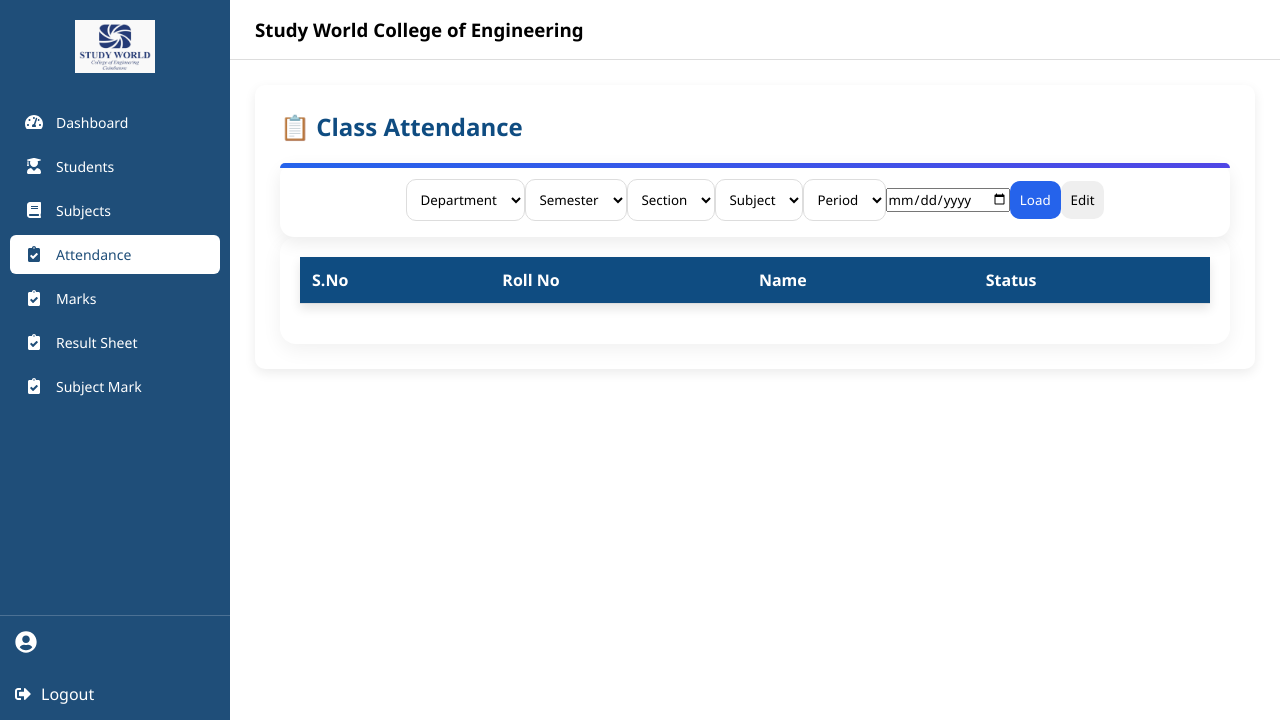
Repository: arthanarieswara/frontend
Page: /attendance
These files come from the project's save history. The page is drawn as it stood at one moment and after the next save; the edit follows.
The browser window is 1280 px wide. The pictures show the whole page.
The page's requests for data from a server got no answer. The project was rebuilt for these pictures with package versions that can differ from the ones it lists, and the page was loaded fresh each time. No one was signed in, and anything a server would have sent is missing. Also part of the build but not shown: vite.config.js, src/pages/auth/Login.jsx, src/pages/dashboard/Dashboard.jsx, src/pages/departments/Departments.jsx, src/pages/students/Students.css, src/pages/students/Students.jsx, src/pages/faculty/Faculty.css, src/pages/faculty/Faculty.jsx and 10 more.

Above is the page before, as saved 2026-04-17 14:30:15.

### index.html
<!doctype html>
<html lang="en">
  <head>
    <meta charset="UTF-8" />
    <link rel="icon" type="image/svg+xml" href="/college-logo.png" />
    <meta name="viewport" content="width=device-width, initial-scale=1.0" />
    <title>SWMS</title>
  </head>
  <body>
    <div id="root"></div>
    <script type="module" src="/src/main.jsx"></script>
  </body>
</html>

### src/App.jsx
import AppRoutes from "./routes/AppRoutes";

function App() {
  return <AppRoutes />;
}

export default App;

### src/routes/AppRoutes.jsx
import { BrowserRouter, Routes, Route } from "react-router-dom";

import Login from "../pages/auth/Login";
import Dashboard from "../pages/dashboard/Dashboard";
import Departments from "../pages/departments/Departments";
import Students from "../pages/students/Students";
import Faculty from "../pages/faculty/Faculty";
import Subjects from "../pages/Subjects/Subjects";
import Attendance from "../pages/Attendance/Attendance";
import Users from "../pages/users/Users";
import UserMapping from "../pages/UserMapping/UserMapping"; // ✅ NEW
import FacultyAttendance from "../pages/faculty/FacultyAttendance";
import Marks from "../pages/marks/Marks";
import ResultSheet from "../pages/marks/ResultSheet";
import SubjectMarks from "../pages/marks/SubjectMarks";
function AppRoutes() {
  return (
    <BrowserRouter>
      <Routes>
        <Route path="/" element={<Login />} />
        <Route path="/dashboard" element={<Dashboard />} />
        <Route path="/departments" element={<Departments />} />
        <Route path="/students" element={<Students />} />
        <Route path="/faculty" element={<Faculty />} />
        <Route path="/subjects" element={<Subjects />} />
        <Route path="/attendance" element={<Attendance />} />
        <Route path="/users" element={<Users />} />
        <Route path="/faculty-attendance" element={<FacultyAttendance />} />

        {/* ✅ NEW ROUTE */}
        <Route path="/mapping" element={<UserMapping />} />
        <Route path="/marks" element={<Marks />} />
        <Route path="/result-sheet" element={<ResultSheet />} />
        <Route path="/subject-marks" element={<SubjectMarks />} />
      </Routes>
    </BrowserRouter>
  );
}

export default AppRoutes;

### src/pages/auth/Login.css
*{
  margin:0;
  padding:0;
  box-sizing:border-box;
  font-family:"Segoe UI",sans-serif;
}

/* ANIMATED BACKGROUND */

.login-wrapper{
  height:100vh;
  display:flex;
  justify-content:center;
  align-items:center;
  background:linear-gradient(270deg,#0f4c81,#3a8bfd,#1a6ed8);
  background-size:600% 600%;
  animation:gradientBG 10s ease infinite;
}

@keyframes gradientBG{
  0%{background-position:0% 50%}
  50%{background-position:100% 50%}
  100%{background-position:0% 50%}
}

/* LOGIN CARD */

.login-card{
  width:420px;
  padding:40px;
  border-radius:12px;
  background:rgba(255,255,255,0.15);
  backdrop-filter:blur(15px);
  box-shadow:0 15px 40px rgba(0,0,0,0.3);
  text-align:center;
  color:white;
}

/* COLLEGE HEADER */

.college-logo{
  width:70px;
  margin-bottom:10px;
}

.college-header h1{
  font-size:20px;
  margin-bottom:5px;
}

.college-header p{
 font-size:13px;
  opacity:0.9;
}

.college-header span{
  font-size:12px;
  opacity:0.8;
}

.college-header{
  margin-bottom:30px;
}

/* INPUT GROUP */

.input-group{

  position:relative;
  margin-bottom:20px;
}

.input-group input{
  width:100%;
  padding:12px;
  border:none;
  border-radius:6px;
  outline:none;
  font-size:14px;
}

/* FLOATING LABEL */

.input-group label{
  position:absolute;
  left:12px;
  top:50%;
  transform:translateY(-50%);
  color:#000000;
  font-size:14px;
  pointer-events:none;
  transition:0.3s;
}

.input-group input:focus + label,
.input-group input:not(:placeholder-shown) + label{
  top:-8px;
  /* background:white; */
  padding:0 5px;
  font-size:15px;
  color:white;
}

/* PASSWORD ICON */

.password-group{
 position:relative;
}

.eye-icon{
  position:absolute;
  right:10px;
  top:50%;
  transform:translateY(-50%);
  cursor:pointer;
  color:#444;
}

/* BUTTON */

.login-btn{
  width:100%;
  padding:12px;
  border:none;
  border-radius:6px;
  background:white;
  color:#0f4c81;
  font-size:16px;
  font-weight:bold;
  cursor:pointer;
  transition:all 0.3s;
}

.login-btn:hover{
  transform:translateY(-2px);
  box-shadow:0 5px 15px rgba(0,0,0,0.3);
}

### src/components/Layout.jsx
import { useState } from "react";
import Sidebar from "./Sidebar";
import Navbar from "./Navbar";

function Layout({ children }) {

  const [collapsed,setCollapsed] = useState(false);

  return (

    <div style={{display:"flex"}}>

      <Sidebar collapsed={collapsed} />

      <div style={{flex:1}}>

        <Navbar toggleSidebar={()=>setCollapsed(!collapsed)} />

        <div style={{padding:"25px"}}>
          {children}
        </div>

      </div>

    </div>

  );

}

export default Layout;

### src/pages/departments/Departments.css
.departments h2 {
    margin-bottom: 20px;
}

.add-section {
    display: flex;
    gap: 10px;
    margin-bottom: 20px;
}

.add-section input {
    padding: 10px;
    border: 1px solid #ccc;
    border-radius: 5px;
}

.add-section button {
    background: #0f4c81;
    color: white;
    border: none;
    padding: 10px 15px;
    border-radius: 5px;
    cursor: pointer;
}

table {
    width: 100%;
    border-collapse: collapse;
    background: white;
    box-shadow: 0 5px 10px rgba(0, 0, 0, 0.1);
}

th,
td {
    padding: 12px;
    border-bottom: 1px solid #ddd;
    text-align: left;
}

.delete-btn {
    background: red;
    color: white;
    border: none;
    padding: 6px 10px;
    border-radius: 4px;
    cursor: pointer;
}

.edit-btn {
    background: #0f4c81;
    color: white;
    border: none;
    padding: 6px 10px;
    border-radius: 4px;
    cursor: pointer;
    margin: 10px;
}

### src/pages/Attendance/Attendance.css
.attendance-page {
  background: white;
  padding: 25px;
  border-radius: 10px;
  box-shadow: 0 4px 12px rgba(0, 0, 0, 0.08);
}

.attendance-page h2 {
  margin-bottom: 20px;
  color: #0f4c81;
}

.attendance-filters {
  display: flex;
  gap: 15px;
  margin-bottom: 25px;
  flex-wrap: wrap;
}

.attendance-filters select,
.attendance-filters input {
  padding: 10px;
  border: 1px solid #ccc;
  border-radius: 6px;
  min-width: 160px;
}

.attendance-filters button {
  background: #0f4c81;
  color: white;
  border: none;
  padding: 10px 18px;
  border-radius: 6px;
  cursor: pointer;
}

.attendance-table {
  width: 100%;
  border-collapse: collapse;
  margin-bottom: 20px;
}

.attendance-table th {
  background: #0f4c81;
  color: white;
  padding: 12px;
  text-align: left;
}

.attendance-table td {
  padding: 12px;
  border-bottom: 1px solid #eee;
}

.present {
  background: #28a745;
  color: white;
  border: none;
  padding: 6px 12px;
  border-radius: 5px;
  cursor: pointer;
}

.absent {
  background: #dc3545;
  color: white;
  border: none;
  padding: 6px 12px;
  border-radius: 5px;
  cursor: pointer;
}

.save-btn {
  background: #0f4c81;
  color: white;
  border: none;
  padding: 12px 20px;
  border-radius: 6px;
  cursor: pointer;
}

### src/pages/faculty/FacultyAttendance.css
.faculty-attendance {
  padding: 25px;
}

/* HEADER */
.header {
  display: flex;
  justify-content: space-between;
  align-items: center;
  margin-bottom: 20px;
}

.actions {
  display: flex;
  gap: 10px;
}

.actions input {
  padding: 8px;
  border-radius: 6px;
  border: 1px solid #ccc;
}

.actions button {
  background: #1e5eff;
  color: white;
  border: none;
  padding: 8px 14px;
  border-radius: 6px;
  cursor: pointer;
}

.actions button:hover {
  background: #1748c7;
}

.secondary-btn {
  background: #28a745;
}

.secondary-btn:hover {
  background: #1e7e34;
}

/* TABLE */
.table-container {
  background: white;
  border-radius: 10px;
  box-shadow: 0 2px 10px rgba(0,0,0,0.08);
  overflow: hidden;
}

table {
  width: 100%;
  border-collapse: collapse;
}

thead {
  background: #1e5eff;
  color: white;
}

th, td {
  padding: 12px;
}

tbody tr:nth-child(even) {
  background: #f5f7fb;
}

tbody tr:hover {
  background: #eef2ff;
}

/* STATUS COLORS */
.status-dropdown.Present {
  background: #d4edda;
}

.status-dropdown.Absent {
  background: #f8d7da;
}

/* TIME INPUTS */
.time-inputs {
  display: flex;
  gap: 10px;
}

/* REPORT */
.report-section {
  margin-top: 30px;
}

.cards {
  display: flex;
  gap: 15px;
  flex-wrap: wrap;
}

.card {
  background: white;
  padding: 15px;
  border-radius: 8px;
  box-shadow: 0 2px 8px rgba(0,0,0,0.1);
  min-width: 120px;
  text-align: center;
}

.card.total {
  background: #1e5eff;
  color: white;
}

### src/pages/marks/Marks.css
.marks-container {
  padding: 25px;
  background: #f5f7fb;
}

.page-title {
  margin-bottom: 20px;
}

/* FILTER CARD */
.filter-card {
  display: flex;
  gap: 12px;
  flex-wrap: wrap;
  background: white;
  padding: 18px;
  border-radius: 14px;
  box-shadow: 0 4px 18px rgba(0,0,0,0.06);
  margin-bottom: 20px;
}

.filter-card select,
.filter-card input {
  padding: 10px;
  border-radius: 8px;
  border: 1px solid #ddd;
  background: #f9fafb;
}

.filter-card select:focus,
.filter-card input:focus {
  border-color: #2563eb;
  outline: none;
  background: white;
}

/* BUTTON */
.primary-btn {
  background: linear-gradient(135deg, #2563eb, #4f46e5);
  color: white;
  padding: 10px 16px;
  border-radius: 10px;
  border: none;
  cursor: pointer;
}

.primary-btn:hover {
  transform: scale(1.05);
}

/* TABLE CARD */
.table-card {
  background: white;
  padding: 20px;
  border-radius: 16px;
  box-shadow: 0 6px 20px rgba(0,0,0,0.06);
}

/* TABLE */
.marks-table {
  width: 100%;
  border-collapse: collapse;
}

.marks-table th {
  background: #2563eb;
  color: white;
  padding: 10px;
}

.marks-table td {
  padding: 10px;
  border-bottom: 1px solid #eee;
}

/* INPUT */
.mark-input {
  width: 80px;
  padding: 6px;
  border-radius: 6px;
  border: 1px solid #ccc;
}

/* SAVE BUTTON */
.save-btn {
  margin-top: 15px;
  background: #16a34a;
  color: white;
  padding: 10px 18px;
  border-radius: 10px;
  border: none;
  cursor: pointer;
}

.save-btn:hover {
  background: #15803d;
}

### src/pages/marks/SubjectMarks.css
/* ================= PAGE ================= */
.subject-page {
  padding: 25px;
  background: #f4f6fb;
  font-family: "Inter", sans-serif;
}

/* ================= FILTERS ================= */
.filters.modern {
  display: grid;
  grid-template-columns: repeat(auto-fit, minmax(160px, 1fr));
  gap: 12px;
  margin-bottom: 20px;
}

.filters select {
  padding: 10px;
  border-radius: 10px;
  border: 1px solid #ddd;
  background: white;
}

.filters button {
  padding: 10px;
  border-radius: 10px;
  border: none;
  cursor: pointer;
}

.filters button:first-of-type {
  background: #2563eb;
  color: white;
}

.export-btn {
  background: #16a34a;
  color: white;
}

/* ================= ANALYSIS ================= */
.analysis-grid {
  display: grid;
  grid-template-columns: repeat(auto-fit, minmax(140px, 1fr));
  gap: 15px;
  margin-bottom: 20px;
}

/* ================= ANALYSIS CARDS FIX ================= */
.card {
  padding: 16px;
  border-radius: 14px;
  font-weight: 700;
  text-align: center;
  box-shadow: 0 6px 18px rgba(0, 0, 0, 0.08);
  transition: 0.3s;
  font-size: 14px;
}

/* FIXED COLORS WITH PROPER CONTRAST */
.card.total {
  background: #334155;
  color: #ffffff;
}

.card.present {
  background: #22c55e;
  color: #ffffff;
}

.card.absent {
  background: #f97316;
  color: #8b1a1a;
}

.card.pass {
  background: #dcfce7; /* light green */
  color: #166534; /* DARK GREEN TEXT ✅ */
  border: 2px solid #22c55e;
}

.card.fail {
  background: #fee2e2; /* light red */
  color: #991b1b; /* DARK RED TEXT ✅ */
  border: 2px solid #ef4444;
}

.card.avg {
  background: #7c3aed;
  color: #ffffff;
}

.card.high {
  background: #0ea5e9;
  color: #ffffff;
}

.card.low {
  background: #f59e0b;
  color: #ffffff;
}
.card.low {
  background: #f59e0b;
}

/* ================= TABLE ================= */
.table-wrapper {
  background: white;
  padding: 15px;
  border-radius: 12px;
  box-shadow: 0 6px 18px rgba(0, 0, 0, 0.05);
}

.marks-table {
  width: 100%;
  border-collapse: collapse;
}

.marks-table th {
  background: #1e293b;
  color: white;
  padding: 10px;
  border: 1px solid #ddd;
}

.marks-table td {
  padding: 10px;
  border: 1px solid #ddd;
}

.marks-table tr:nth-child(even) {
  background: #f8fafc;
}

/* ================= MARK COLORS ================= */
.mark-input {
  width: 70px;
  padding: 6px;
  border-radius: 6px;
  text-align: center;
  font-weight: 700;
  border: 1px solid #ccc;
}

/* PASS */
.mark-input.pass {
  background: #ecfdf5 !important;
  color: #15803d !important;
}

/* FAIL */
.mark-input.fail {
  background: #fef2f2 !important;
  color: #b91c1c !important;
}

/* ABSENT */
.mark-input.absent {
  background: #fff7ed !important;
  color: #c2410c !important;
}

/* ================= BUTTON ================= */
.save-btn {
  margin-top: 15px;
  padding: 12px 18px;
  border-radius: 10px;
  background: #2563eb;
  color: white;
  border: none;
}

### src/components/Sidebar.jsx
import { NavLink, useNavigate } from "react-router-dom";
import {
  FaTachometerAlt,
  FaUniversity,
  FaUserGraduate,
  FaChalkboardTeacher,
  FaBook,
  FaClipboardCheck,
  FaSignOutAlt,
  FaUserCircle,
  FaUsers,
  FaProjectDiagram,
} from "react-icons/fa";

import "./Sidebar.css";

function Sidebar({ collapsed }) {
  const navigate = useNavigate();

  const user = JSON.parse(localStorage.getItem("user"));
  const role = user?.role;

  const handleLogout = () => {
    localStorage.removeItem("token");
    localStorage.removeItem("user");
    navigate("/");
  };

  return (
    <div className="main-content">
      <div className={`sidebar ${collapsed ? "collapsed" : ""}`}>
        <div className="sidebar-header">
          <img src="/college-logo.png" className="sidebar-logo" />
        </div>

        <nav className="menu">
          {/* COMMON (ADMIN + FACULTY) */}
          <NavLink to="/dashboard" className="menu-item">
            <FaTachometerAlt />
            <span>Dashboard</span>
          </NavLink>

          <NavLink to="/students" className="menu-item">
            <FaUserGraduate />
            <span>Students</span>
          </NavLink>

          <NavLink to="/subjects" className="menu-item">
            <FaBook />
            <span>Subjects</span>
          </NavLink>

          <NavLink to="/attendance" className="menu-item">
            <FaClipboardCheck />
            <span>Attendance</span>
          </NavLink>

          <NavLink to="/marks" className="menu-item">
            <FaClipboardCheck />
            <span>Marks</span>
          </NavLink>

          <NavLink to="/result-sheet" className="menu-item">
            <FaClipboardCheck />
            <span>Result Sheet</span>
          </NavLink>

          <NavLink to="/subject-marks" className="menu-item">
            <FaClipboardCheck />
            <span>Subject Mark</span>
          </NavLink>

          {/* ADMIN ONLY */}
          {role === "Admin" && (
            <>
              <NavLink to="/departments" className="menu-item">
                <FaUniversity />
                <span>Departments</span>
              </NavLink>

              <NavLink to="/faculty" className="menu-item">
                <FaChalkboardTeacher />
                <span>Faculty</span>
              </NavLink>

              <NavLink to="/users" className="menu-item">
                <FaUsers />
                <span>Users</span>
              </NavLink>

              <NavLink to="/mapping" className="menu-item">
                <FaProjectDiagram />
                <span>Mapping</span>
              </NavLink>

              <NavLink to="/faculty-attendance" className="menu-item">
                <FaClipboardCheck />
                <span>Faculty Attendance</span>
              </NavLink>
            </>
          )}
        </nav>

        {/* PROFILE + LOGOUT */}

        <div className="bottom-section">
          <div className="profile">
            <FaUserCircle className="profile-icon" />
            <span>{role}</span>
          </div>

          <div className="logout" onClick={handleLogout}>
            <FaSignOutAlt />
            <span>Logout</span>
          </div>
        </div>
      </div>
    </div>
  );
}

export default Sidebar;

### src/components/Navbar.jsx
import { FaBars } from "react-icons/fa";
import "./Navbar.css";

function Navbar({ toggleSidebar }) {

    return (

        <div className="navbar">

            {/* <FaBars className="toggle-btn" onClick={toggleSidebar} /> */}

            <h3>Study World College of Engineering</h3>

        </div>

    )

}

export default Navbar;

### src/components/Sidebar.css
.sidebar {
  width: 230px;
  height: 100vh;
  background: #1f4e79;
  color: white;
  display: flex;
  flex-direction: column;
  justify-content: space-between;
  position: fixed;
  left: 0;
  top: 0;
}

/* HEADER */

.sidebar-header {
  display: flex;
  justify-content: center;
  align-items: center;
  padding: 20px 10px;
}

.sidebar-logo {
  width: 80px;
  object-fit: contain;
}

/* MENU */

.menu {
  display: flex;
  flex-direction: column;
  gap: 5px;
  padding: 10px;
}

/* MENU ITEM */

.menu-item {
  display: flex;
  align-items: center;
  gap: 12px;
  padding: 10px 14px;
  color: white;
  text-decoration: none;
  border-radius: 6px;
  transition: 0.3s;
  font-size: 14px;
}

.menu-item svg {
  font-size: 16px;
  min-width: 20px;
}

.menu-item:hover {
  background: rgba(255, 255, 255, 0.15);
}

.menu-item.active {
  background: white;
  color: #1f4e79;
}

/* PUSH BOTTOM SECTION DOWN */

.bottom-section {
  margin-top: auto;
}

/* PROFILE */

.profile {
  display: flex;
  align-items: center;
  gap: 10px;
  padding: 15px;
  border-top: 1px solid rgba(255, 255, 255, 0.2);
}

.profile-icon {
  font-size: 22px;
}

/* LOGOUT */

.logout {
  display: flex;
  align-items: center;
  gap: 10px;
  padding: 15px;
  cursor: pointer;
  transition: 0.3s;
}

.logout:hover {
  background: rgba(255, 0, 0, 0.2);
}

.main-content {
  margin-left: 190px; /* SAME AS SIDEBAR WIDTH */
  padding: 20px;
}

### src/components/Navbar.css
.navbar{
  height:60px;
  background:white;
  border-bottom:1px solid #ddd;
  display:flex;
  align-items:center;
  padding:0 25px;
}

Loaded but not shown: src/main.jsx (common file); src/api/api.js (19 lines, source omitted); src/pages/Attendance/Attendance.jsx (261 lines, source omitted); src/pages/marks/ResultSheet.css (313 lines, source omitted); src/pages/dashboard/Dashboard.css (261 lines, source omitted)

After the next save:
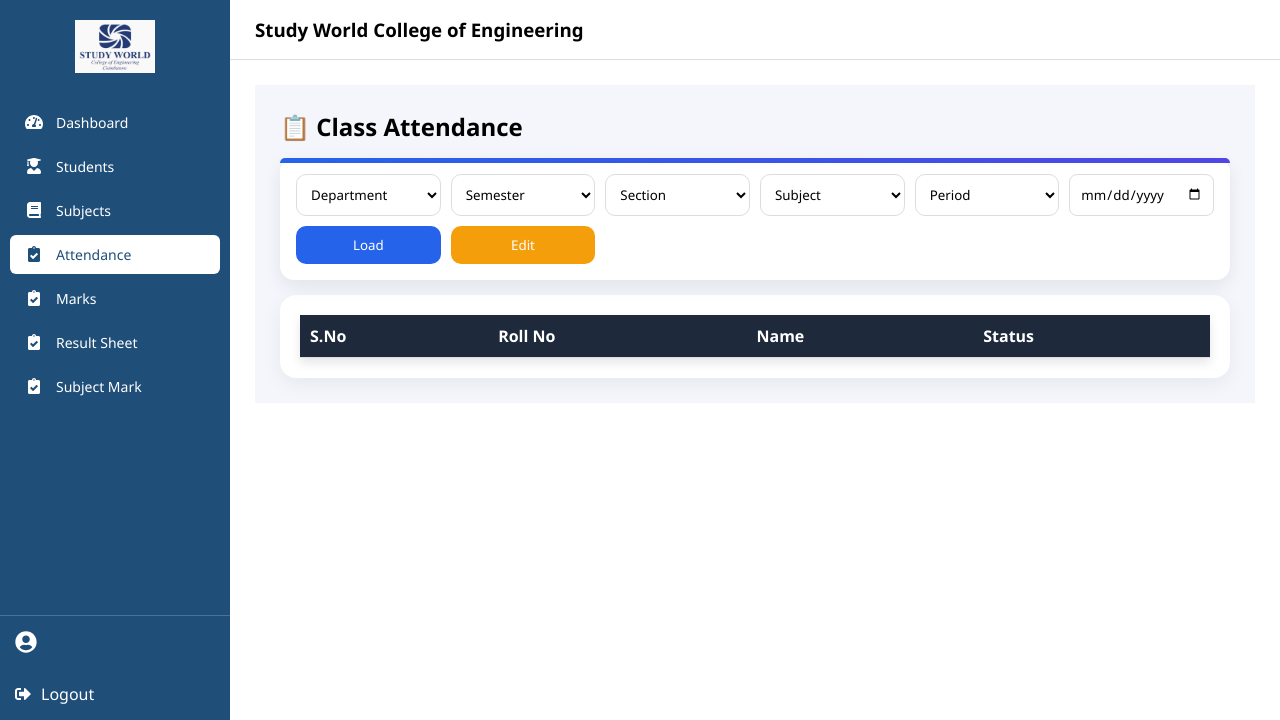
Saved 10 s later.
--- a/src/pages/Attendance/Attendance.css
+++ b/src/pages/Attendance/Attendance.css
@@ -1,80 +1,98 @@
 .attendance-page {
-  background: white;
   padding: 25px;
-  border-radius: 10px;
-  box-shadow: 0 4px 12px rgba(0, 0, 0, 0.08);
+  background: #f4f6fb;
 }
 
-.attendance-page h2 {
-  margin-bottom: 20px;
-  color: #0f4c81;
+.title {
+  font-weight: 600;
+  margin-bottom: 15px;
 }
 
-.attendance-filters {
-  display: flex;
-  gap: 15px;
-  margin-bottom: 25px;
-  flex-wrap: wrap;
+/* CARD */
+.card {
+  background: white;
+  padding: 15px;
+  border-radius: 14px;
+  box-shadow: 0 5px 15px rgba(0,0,0,0.05);
 }
 
-.attendance-filters select,
-.attendance-filters input {
-  padding: 10px;
-  border: 1px solid #ccc;
-  border-radius: 6px;
-  min-width: 160px;
+/* FILTER GRID */
+.filters {
+  display: grid;
+  grid-template-columns: repeat(auto-fit, minmax(140px, 1fr));
+  gap: 10px;
+  margin-bottom: 15px;
 }
 
-.attendance-filters button {
-  background: #0f4c81;
+.filters select,
+.filters input {
+  padding: 10px;
+  border-radius: 8px;
+  border: 1px solid #ddd;
+}
+
+/* BUTTONS */
+.btn {
+  padding: 10px;
+  border-radius: 8px;
+  border: none;
+  cursor: pointer;
+  font-weight: 500;
+}
+
+.primary { background: #2563eb; color: white; }
+.warning { background: #f59e0b; color: white; }
+.success { background: #22c55e; color: white; }
+.danger { background: #ef4444; color: white; }
+.save {
+  margin-top: 15px;
+  width: 100%;
+  background: linear-gradient(135deg, #2563eb, #1d4ed8);
   color: white;
-  border: none;
-  padding: 10px 18px;
-  border-radius: 6px;
-  cursor: pointer;
+}
+
+/* TABLE */
+.table-card {
+  background: white;
+  padding: 15px;
+  border-radius: 14px;
 }
 
 .attendance-table {
   width: 100%;
   border-collapse: collapse;
-  margin-bottom: 20px;
 }
 
 .attendance-table th {
-  background: #0f4c81;
+  background: #1e293b;
   color: white;
-  padding: 12px;
-  text-align: left;
+  padding: 10px;
 }
 
 .attendance-table td {
-  padding: 12px;
-  border-bottom: 1px solid #eee;
+  padding: 10px;
+  border: 1px solid #eee;
+}
+
+/* STATUS */
+.status {
+  padding: 6px 12px;
+  border-radius: 8px;
 }
 
 .present {
-  background: #28a745;
-  color: white;
-  border: none;
-  padding: 6px 12px;
-  border-radius: 5px;
-  cursor: pointer;
+  background: #dcfce7;
+  color: #16a34a;
 }
 
 .absent {
-  background: #dc3545;
-  color: white;
-  border: none;
-  padding: 6px 12px;
-  border-radius: 5px;
-  cursor: pointer;
+  background: #fee2e2;
+  color: #dc2626;
 }
 
-.save-btn {
-  background: #0f4c81;
-  color: white;
-  border: none;
-  padding: 12px 20px;
-  border-radius: 6px;
-  cursor: pointer;
+/* BULK */
+.bulk-actions {
+  margin-bottom: 10px;
+  display: flex;
+  gap: 10px;
 }
